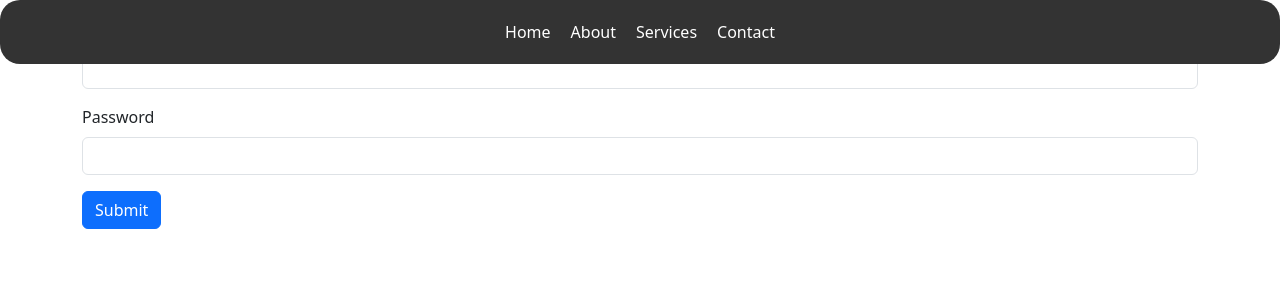
Repository: shash0708/GMR-Lines
Page: /login (app in frontend/)
An editor plug-in stored every save of this project. The page is shown before and after the next save, followed by the edit.
The browser window is 1280 px wide. The pictures show the whole page.
The page's requests for data from a server got no answer. The project was rebuilt for these pictures with package versions that can differ from the ones it lists, and the page was loaded fresh each time. No one was signed in, and anything a server would have sent is missing. Also part of the build but not shown: frontend/src/components/Buttons/Buttons.component.jsx, frontend/src/components/Home/Home.component.jsx, frontend/src/components/Form/Form.css, frontend/src/components/speedDail/SpeedDail.component.jsx, frontend/src/components/Form/Form.component.jsx, frontend/src/components/Card/Card.jsx, frontend/src/components/Card/Card.css, frontend/src/components/Card/Card.component.jsx and 4 more.

Above is the page before, as saved 2024-09-08 22:57:17.

### frontend/public/index.html
<!DOCTYPE html>
<html lang="en">
  <head>
    <meta charset="utf-8" />
    <link rel="icon" href="%PUBLIC_URL%/favicon.ico" />
    <meta name="viewport" content="width=device-width, initial-scale=1" />
    <meta name="theme-color" content="#000000" />
    <meta name="description" content="Web site created using create-react-app" />
    <link rel="apple-touch-icon" href="%PUBLIC_URL%/logo192.png" />
    <!--
      manifest.json provides metadata used when your web app is installed on a
      user's mobile device or desktop. See https://developers.google.com/web/fundamentals/web-app-manifest/
    -->
    <link rel="manifest" href="%PUBLIC_URL%/manifest.json" />
    <!--
      Notice the use of %PUBLIC_URL% in the tags above.
      It will be replaced with the URL of the `public` folder during the build.
      Only files inside the `public` folder can be referenced from the HTML.

      Unlike "/favicon.ico" or "favicon.ico", "%PUBLIC_URL%/favicon.ico" will
      work correctly both with client-side routing and a non-root public URL.
      Learn how to configure a non-root public URL by running `npm run build`.
    -->
    <link href="https://cdn.jsdelivr.net/npm/bootstrap@5.3.3/dist/css/bootstrap.min.css" rel="stylesheet" integrity="sha384-QWTKZyjpPEjISv5WaRU9OFeRpok6YctnYmDr5pNlyT2bRjXh0JMhjY6hW+ALEwIH" crossorigin="anonymous">

    <title>Log Book</title>
  </head>
  <script src="https://cdn.jsdelivr.net/npm/bootstrap@5.3.3/dist/js/bootstrap.bundle.min.js" integrity="sha384-YvpcrYf0tY3lHB60NNkmXc5s9fDVZLESaAA55NDzOxhy9GkcIdslK1eN7N6jIeHz" crossorigin="anonymous"></script>

  <body>
    <noscript>You need to enable JavaScript to run this app.</noscript>
    <div id="root"></div>
    <!--
      This HTML file is a template.
      If you open it directly in the browser, you will see an empty page.

      You can add webfonts, meta tags, or analytics to this file.
      The build step will place the bundled scripts into the <body> tag.

      To begin the development, run `npm start` or `yarn start`.
      To create a production bundle, use `npm run build` or `yarn build`.
    -->
  </body>
</html>

### frontend/src/App.js
import './App.css';
import { BrowserRouter as Router, Route, Routes } from 'react-router-dom';

import 'primereact/resources/themes/saga-blue/theme.css';
import 'primereact/resources/primereact.min.css';
import { PrimeReactProvider } from 'primereact/api';
import Home from '../src/components/Home/Home.component'
import Form from './components/Form/Form.component';
import Cards from './components/Card/Card.component';
import Data from './components/Data/Data.component';
import Navbar from './components/Header/Header.component'
import Login from './components/Login/Login.component';
import Signup from './components/SignUp/Signup.component';
import PdfComponent from './components/Pdf/PdfComponent';
import { LogsProvider } from './context/LogContext';
function App() {
  return (
    <LogsProvider>
    <PrimeReactProvider>
<Router>
<Navbar />

      <Routes>
      {/* <Navbar/> */}

        <Route path="/" element={<Home />} />
        <Route path='/login' element={<Login/>}/>
        <Route path='/signup' element={<Signup/>}/>
        <Route path="/form" element={<Form />} />
        <Route path="/past-records" element={<Cards />} />
        <Route path="/data/:id" element={<Data />} />
        <Route path="/pdf" element={<PdfComponent/>}/>
      </Routes>
    </Router>
</PrimeReactProvider>
</LogsProvider>
  );
}

export default App;

### frontend/src/serviceWorkerRegistration.js
// This optional code is used to register a service worker.
// register() is not called by default.

// This lets the app load faster on subsequent visits in production, and gives
// it offline capabilities. However, it also means that developers (and users)
// will only see deployed updates on subsequent visits to a page, after all the
// existing tabs open on the page have been closed, since previously cached
// resources are updated in the background.

// To learn more about the benefits of this model and instructions on how to
// opt-in, read https://cra.link/PWA

const isLocalhost = Boolean(
  window.location.hostname === 'localhost' ||
    // [::1] is the IPv6 localhost address.
    window.location.hostname === '[::1]' ||
    // 127.0.0.0/8 are considered localhost for IPv4.
    window.location.hostname.match(/^127(?:\.(?:25[0-5]|2[0-4][0-9]|[01]?[0-9][0-9]?)){3}$/)
);

export function register(config) {
  if (process.env.NODE_ENV === 'production' && 'serviceWorker' in navigator) {
    // The URL constructor is available in all browsers that support SW.
    const publicUrl = new URL(process.env.PUBLIC_URL, window.location.href);
    if (publicUrl.origin !== window.location.origin) {
      // Our service worker won't work if PUBLIC_URL is on a different origin
      // from what our page is served on. This might happen if a CDN is used to
      // serve assets; see https://github.com/facebook/create-react-app/issues/2374
      return;
    }

    window.addEventListener('load', () => {
      const swUrl = `${process.env.PUBLIC_URL}/service-worker.js`;

      if (isLocalhost) {
        // This is running on localhost. Let's check if a service worker still exists or not.
        checkValidServiceWorker(swUrl, config);

        // Add some additional logging to localhost, pointing developers to the
        // service worker/PWA documentation.
        navigator.serviceWorker.ready.then(() => {
          console.log(
            'This web app is being served cache-first by a service ' +
              'worker. To learn more, visit https://cra.link/PWA'
          );
        });
      } else {
        // Is not localhost. Just register service worker
        registerValidSW(swUrl, config);
      }
    });
  }
}

function registerValidSW(swUrl, config) {
  navigator.serviceWorker
    .register(swUrl)
    .then((registration) => {
      registration.onupdatefound = () => {
        const installingWorker = registration.installing;
        if (installingWorker == null) {
          return;
        }
        installingWorker.onstatechange = () => {
          if (installingWorker.state === 'installed') {
            if (navigator.serviceWorker.controller) {
              // At this point, the updated precached content has been fetched,
              // but the previous service worker will still serve the older
              // content until all client tabs are closed.
              console.log(
                'New content is available and will be used when all ' +
                  'tabs for this page are closed. See https://cra.link/PWA.'
              );

              // Execute callback
              if (config && config.onUpdate) {
                config.onUpdate(registration);
              }
            } else {
              // At this point, everything has been precached.
              // It's the perfect time to display a
              // "Content is cached for offline use." message.
              console.log('Content is cached for offline use.');

              // Execute callback
              if (config && config.onSuccess) {
                config.onSuccess(registration);
              }
            }
          }
        };
      };
    })
    .catch((error) => {
      console.error('Error during service worker registration:', error);
    });
}

function checkValidServiceWorker(swUrl, config) {
  // Check if the service worker can be found. If it can't reload the page.
  fetch(swUrl, {
    headers: { 'Service-Worker': 'script' },
  })
    .then((response) => {
      // Ensure service worker exists, and that we really are getting a JS file.
      const contentType = response.headers.get('content-type');
      if (
        response.status === 404 ||
        (contentType != null && contentType.indexOf('javascript') === -1)
      ) {
        // No service worker found. Probably a different app. Reload the page.
        navigator.serviceWorker.ready.then((registration) => {
          registration.unregister().then(() => {
            window.location.reload();
          });
        });
      } else {
        // Service worker found. Proceed as normal.
        registerValidSW(swUrl, config);
      }
    })
    .catch(() => {
      console.log('No internet connection found. App is running in offline mode.');
    });
}

export function unregister() {
  if ('serviceWorker' in navigator) {
    navigator.serviceWorker.ready
      .then((registration) => {
        registration.unregister();
      })
      .catch((error) => {
        console.error(error.message);
      });
  }
}

### frontend/src/components/Header/Header.component.jsx
import React, { useState } from 'react';
import './Navbar.css'; // Import your CSS file

const Navbar = () => {
  const [dockPosition, setDockPosition] = useState('top');

  const handleDockChange = (position) => {
    setDockPosition(position);
  };

  return (
    <div className={`navbar ${dockPosition}`}>
      {/* <div className="navbar-content">
        <button onClick={() => handleDockChange('top')}>Top</button>
        <button onClick={() => handleDockChange('bottom')}>Bottom</button>
        <button onClick={() => handleDockChange('left')}>Left</button>
        <button onClick={() => handleDockChange('right')}>Right</button>
      </div> */}
      <div className="navbar-items">
        <a href="#home">Home</a>
        <a href="#about">About</a>
        <a href="#services">Services</a>
        <a href="#contact">Contact</a>
      </div>
    </div>
  );
};

export default Navbar;

### frontend/src/components/Login/Login.component.jsx
import React, { useState } from 'react';
import { useNavigate } from 'react-router-dom';
import useDocumentTitle from '../hooks/useDocumentTitle';
import URL from '../config'
const Login = (props) => {
  useDocumentTitle('Login'); // Set the document title for this page

  const [credentials, setCredentials] = useState({ AME: "", password: "" });
  let navigate = useNavigate();

  const handleSubmit = async (e) => {
    e.preventDefault();

    try {
      const response = await fetch(`${URL}/api/login`, {
        method: 'POST',
        headers: {
          'Content-Type': 'application/json'
        },
        body: JSON.stringify({ AME: credentials.AME, password: credentials.password })
      });

      const json = await response.json();
      console.log(json);

      if (json.success) {
        // Save the auth token and redirect
        localStorage.setItem('token', json.authtoken);
        alert("Logged in Successfully");
        navigate('/');
      } else {
        alert("Invalid Credentials");
      }
    } catch (error) {
      console.error("There was an error with the login request:", error);
      alert("An error occurred. Please try again later.");
    }
  }

  const onChange = (e) => {
    setCredentials({ ...credentials, [e.target.name]: e.target.value });
  }

  return (
    <div className='container'>
      <h1>Login to Continue to iNoteBook</h1>
      <form onSubmit={handleSubmit}>
        <div className="mb-3">
          <label htmlFor="AME" className="form-label">AMEI NUMBER</label>
          <input
            type="text"
            className="form-control"
            name="AME"
            id="AME"
            value={credentials.AME}
            onChange={onChange}
            required
          />
        </div>
        <div className="mb-3">
          <label htmlFor="password" className="form-label">Password</label>
          <input
            type="password"
            className="form-control"
            name="password"
            id="password"
            value={credentials.password}
            onChange={onChange}
            required
          />
        </div>
        <button type="submit" className="btn btn-primary">Submit</button>
      </form>
    </div>
  );
}

export default Login;

### frontend/src/context/LogContext.js
// LogsContext.js
import React, { createContext, useState, useEffect } from 'react';
import axios from 'axios';
import URL from '../components/config';
const LogsContext = createContext();

export const LogsProvider = ({ children }) => {
  const [logs, setLogs] = useState([]);
  const [filteredLogs, setFilteredLogs] = useState([]);
  const [searchTerm, setSearchTerm] = useState('');
  const [selectedLogs, setSelectedLogs] = useState([]);

  useEffect(() => {
    const fetchLogs = async () => {
      try {
        const response = await axios.get(`${URL}/getlogs/entries`, {
          headers: {
            'auth-token': localStorage.getItem('token'),
          },
        });

        setLogs(response.data);
        setFilteredLogs(response.data);
      } catch (error) {
        console.error('Error fetching logs:', error);
      }
    };
    fetchLogs();
  }, []);

  useEffect(() => {
    const handleSearch = () => {
      const lowerCaseSearchTerm = searchTerm.toLowerCase();
      const filtered = logs.filter((log) => {
        const logId = String(log.Toa);
        return logId.toLowerCase().includes(lowerCaseSearchTerm);
      });
      setFilteredLogs(filtered);
    };

    handleSearch();
  }, [searchTerm, logs]);

  const handleSelect = (log) => {
    setSelectedLogs((prev) => {
      const isSelected = prev.includes(log);
      if (isSelected) {
        return prev.filter((selectedLog) => selectedLog !== log);
      }

      if (prev.length >= 7) {
        return prev;
      }

      return [...prev, log];
    });
  };

  return (
    <LogsContext.Provider
      value={{
        logs,
        filteredLogs,
        searchTerm,
        setSearchTerm,
        selectedLogs,
        handleSelect,
        setFilteredLogs,
      }}
    >
      {children}
    </LogsContext.Provider>
  );
};

export default LogsContext;

### frontend/src/components/hooks/useDocumentTitle.js
// src/hooks/useDocumentTitle.js
import { useEffect } from 'react';

const useDocumentTitle = (title) => {
  useEffect(() => {
    document.title = title;
  }, [title]);
};

export default useDocumentTitle;

### frontend/src/components/config.js
// src/config.js
const URL = "http://localhost:5000";

export default URL;

// `${URL}

### frontend/src/components/Header/Navbar.css
/* Navbar.css */
.navbar {
    display: flex;
    border-radius: 20px;
    align-items: center;
    justify-content: center;
    position: fixed;
    background-color: #333;
    color: white;
    padding: 10px;
    width: 100%;
  }

  .navbar-content {
    display: flex;
    justify-content: center;
    margin-bottom: 10px;
  }

  .navbar-content button {
    margin: 0 5px;
    padding: 5px 10px;
    border: none;
    background-color: #555;
    color: white;
    cursor: pointer;
  }

  .navbar-content button:hover {
    background-color: #777;
  }

  .navbar-items {
    display: flex;
  }

  .navbar-items a {
    color: white;
    text-decoration: none;
    padding: 10px;
  }

  .navbar-items a:hover {
    background-color: #555;
  }

  /* .top {
    top: 0;
    left: 0;
    right: 0;
  } */

  .bottom {
    bottom: 100;
    left: 0;
    right: 0;
  }

  /* .left {
    top: 0;
    left: 0;
    bottom: 0;
    width: 200px;
  }

  .right {
    top: 0;
    right: 0;
    bottom: 0;
    width: 200px;
  }
   */

### frontend/tailwind.config.js
/** @type {import('tailwindcss').Config} */
module.exports = {
  content: [
    "./src/**/*.{js,ts,jsx,tsx}",  // Adjust the paths as needed
    "./public/**/*.html",           // Include HTML files if used
  ],
  theme: {
    extend: {
      // Custom theme extensions go here
      colors: {
        primary: '#ff6347',  // Example custom color
      },
      fontFamily: {
        sans: ['Helvetica', 'Arial', 'sans-serif'],
      },
    },
  },
  plugins: [
    // Add any Tailwind CSS plugins here
  ],
};


module.exports ={
  "compilerOptions": {
    "baseUrl": ".",
    "paths": {
      "@/*": ["src/*"]
    }
  }
}

Loaded but not shown: frontend/src/index.js (common file); frontend/src/index.css (common file); frontend/src/reportWebVitals.js (common file); frontend/src/App.css (common file); frontend/src/components/Data/Data.css (no stored copy; drawn as an empty file)

After the next save:
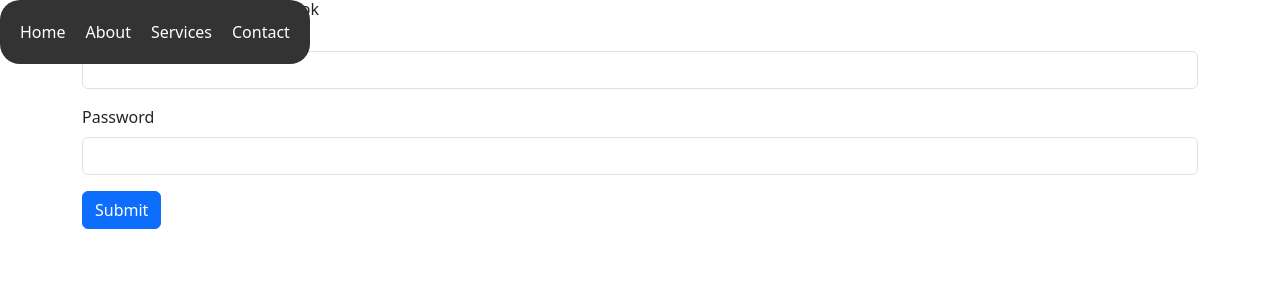
Saved 8 s later.
--- a/frontend/src/components/Header/Navbar.css
+++ b/frontend/src/components/Header/Navbar.css
@@ -8,7 +8,7 @@
     background-color: #333;
     color: white;
     padding: 10px;
-    width: 100%;
+    width: 10;
   }
 
   .navbar-content {
